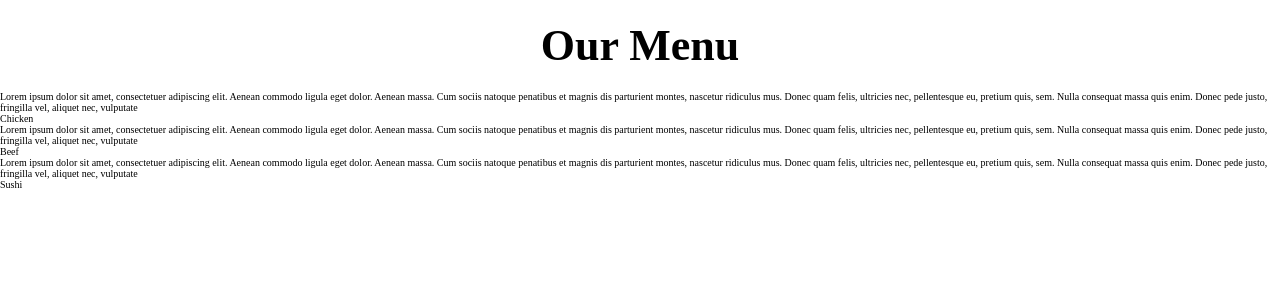
Repository: Normandy72/module2-solution
Page: index.html
The author's editor kept a copy of each file at every save. The page is drawn from the files as they stood at one save, then again after the next save.
The browser window is 1280 px wide. The pictures show the whole page.
Some web fonts or font styles are not loaded; a fallback is used.

Above is the page before, as saved 2022-12-05 14:49:56.

After the next save:
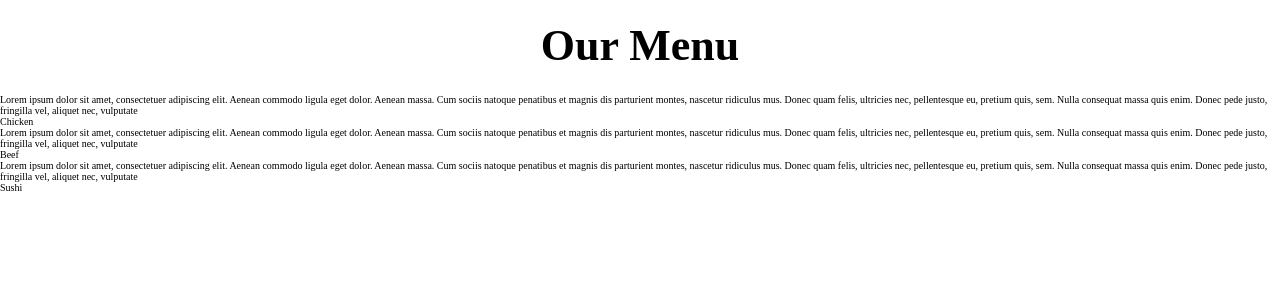
Saved 11 s later.
--- a/styles/style.css
+++ b/styles/style.css
@@ -12,5 +12,5 @@ h1{
     text-align: center;
 
     padding-top: 20px;
-    padding-bottom: 20px;
+    padding-bottom: 23px;
 }
